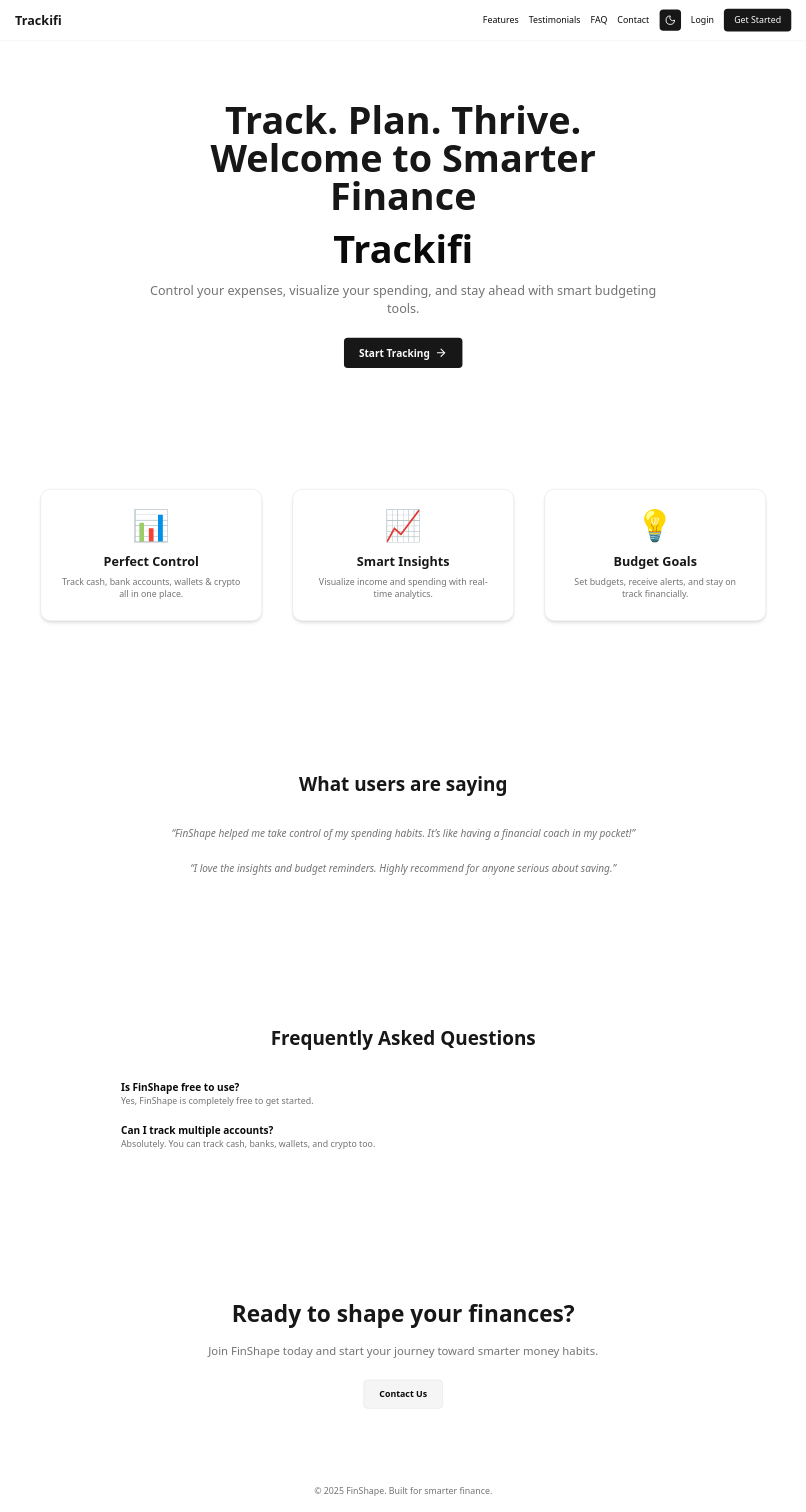
Repository: ruthvik-mt/Trackifi
Page: / (app in frontend/)
The author's editor kept a copy of each file at every save. The page is drawn from the files as they stood at one save, then again after a run of saves.
The browser window is 1280 px wide. The pictures show the whole page, at 63% of full size.
The project was rebuilt for these pictures with package versions that can differ from the ones it lists, and the page was loaded fresh each time. Also part of the build but not shown: frontend/vite.config.ts, frontend/src/hooks/useAuth.ts, frontend/src/components/FormInput.tsx, frontend/src/pages/Auth/Login.tsx, frontend/src/pages/Auth/Register.tsx, frontend/src/components/Sidebar.tsx, frontend/src/components/ThemeToggleButton.tsx, frontend/src/components/Navbar.tsx and 22 more.

Above is the page before, as saved 2025-07-15 23:09:51.

### frontend/index.html
<!-- index.html -->
<!DOCTYPE html>
<html lang="en">
  <head>
    <meta charset="UTF-8" />
    <link rel="icon" href="/favicon.svg" />
    <meta name="viewport" content="width=device-width, initial-scale=1.0" />

    <!-- Critical script: apply theme before paint -->
    <script>
      const theme = localStorage.getItem("theme");
      if (
        theme === "dark" ||
        (!theme && window.matchMedia("(prefers-color-scheme: dark)").matches)
      ) {
        document.documentElement.classList.add("dark");
      } else {
        document.documentElement.classList.remove("dark");
      }
    </script>

    <title>FinShape</title>
  </head>
  <body>
    <div id="root"></div>
    <script type="module" src="/src/main.tsx"></script>
  </body>
</html>

### frontend/src/main.tsx
import React from "react";
import ReactDOM from "react-dom/client";
import App from "./App";
import "./tailwind.css";
import { AuthProvider } from "./context/AuthProvider";
import { ThemeProvider } from "./context/ThemeProvider"; // ✅ Add ThemeProvider
import { BrowserRouter as Router } from "react-router-dom";

ReactDOM.createRoot(document.getElementById("root")!).render(
  <React.StrictMode>
    <Router>
      {/* ✅ Wrap app with theme context */}
      <ThemeProvider>
        <AuthProvider>
          <App />
        </AuthProvider>
      </ThemeProvider>
    </Router>
  </React.StrictMode>
);

### frontend/src/App.tsx
import { Routes, Route, Navigate } from "react-router-dom";
import Login from "./pages/Auth/Login";
import Register from "./pages/Auth/Register";
import Dashboard from "./pages/Dashboard/Dashboard";
import CategoryList from "./pages/Categories/CategoryList";
import TransactionList from "./pages/Transactions/TransactionList";
import BudgetList from "./pages/Budgets/BudgetList";
import MonthlyTotal from "./pages/Insights/MonthlyTotal";
import CategoryBreakdown from "./pages/Insights/CategoryBreakdown";
import BudgetComparison from "./pages/Insights/BudgetComparison";
import ProtectedRoute from "./components/ProtectedRoute";
import LandingPage from "./pages/LandingPage"; // ✅ Add this import

export default function App() {
  return (
    <Routes>
      {/* Landing Page */}
      <Route path="/" element={<LandingPage />} /> {/* ✅ New route */}

      {/* Auth Routes */}
      <Route path="/login" element={<Login />} />
      <Route path="/register" element={<Register />} />

      {/* Protected Routes */}
      <Route
        path="/dashboard"
        element={
          <ProtectedRoute>
            <Dashboard />
          </ProtectedRoute>
        }
      />
      <Route
        path="/categories"
        element={
          <ProtectedRoute>
            <CategoryList />
          </ProtectedRoute>
        }
      />
      <Route
        path="/transactions"
        element={
          <ProtectedRoute>
            <TransactionList />
          </ProtectedRoute>
        }
      />
      <Route
        path="/budgets"
        element={
          <ProtectedRoute>
            <BudgetList />
          </ProtectedRoute>
        }
      />
      <Route
        path="/insights/monthly-total"
        element={
          <ProtectedRoute>
            <MonthlyTotal />
          </ProtectedRoute>
        }
      />
      <Route
        path="/insights/category-breakdown"
        element={
          <ProtectedRoute>
            <CategoryBreakdown />
          </ProtectedRoute>
        }
      />
      <Route
        path="/insights/budget-comparison"
        element={
          <ProtectedRoute>
            <BudgetComparison />
          </ProtectedRoute>
        }
      />

      {/* Fallback Route */}
      <Route path="*" element={<Navigate to="/" />} /> {/* ✅ Updated from "/login" to "/" */}
    </Routes>
  );
}

### frontend/src/context/ThemeProvider.tsx
import { useEffect, useState, ReactNode } from "react";
import { ThemeContext, Theme } from "./ThemeContext";

export const ThemeProvider = ({ children }: { children: ReactNode }) => {
  const getInitialTheme = (): Theme => {
    if (typeof window === "undefined") return "light";
    const stored = localStorage.getItem("theme");
    if (stored === "light" || stored === "dark") return stored;
    return window.matchMedia("(prefers-color-scheme: dark)").matches ? "dark" : "light";
  };

  const [theme, setTheme] = useState<Theme>(getInitialTheme);

  useEffect(() => {
    const root = document.documentElement;
    if (theme === "dark") {
      root.classList.add("dark");
    } else {
      root.classList.remove("dark");
    }
    localStorage.setItem("theme", theme);
  }, [theme]);

  const toggleTheme = () => setTheme(prev => (prev === "dark" ? "light" : "dark"));

  return (
    <ThemeContext.Provider value={{ theme, toggleTheme }}>
      {children}
    </ThemeContext.Provider>
  );
};

### frontend/src/pages/LandingPage.tsx
import { Link } from "react-router-dom";
import { motion } from "framer-motion";
import { ArrowRight, Moon, Sun } from "lucide-react";
import { useTheme } from "../hooks/useTheme";
import { useState, useEffect } from "react";
import { Spinner } from "@/components/Spinner";

export default function LandingPage() {
  const { theme, toggleTheme } = useTheme();
  const [buttonLoading, setButtonLoading] = useState(true);

  useEffect(() => {
    const timer = setTimeout(() => setButtonLoading(false), 1000);
    return () => clearTimeout(timer);
  }, []);

  return (
    <div className="min-h-screen bg-background text-foreground">
      {/* ────────────── Header ────────────── */}
      <header className="sticky top-0 z-10 h-16 bg-card text-card-foreground shadow-sm flex items-center justify-between px-6">
        <a href="#hero" className="text-xl font-bold text-primary">Trackifi</a>

        <nav className="flex items-center gap-4">
          <a href="#features" className="text-sm font-medium hover:text-primary transition-colors">Features</a>
          <a href="#testimonials" className="text-sm font-medium hover:text-primary transition-colors">Testimonials</a>
          <a href="#faq" className="text-sm font-medium hover:text-primary transition-colors">FAQ</a>
          <a href="#cta" className="text-sm font-medium over:text-primary transition-colors">Contact</a>

          <button
            onClick={toggleTheme}
            className="px-2 py-2 rounded-md text-sm font-medium bg-primary text-primary-foreground hover:bg-primary/90 transition-colors flex items-center justify-center"
            aria-label={`Switch to ${theme === "dark" ? "light" : "dark"} mode`}
          >
            {theme === "dark" ? <Sun size={18} /> : <Moon size={18} />}
          </button>

          <Link
            to="/login"
            className="text-sm font-medium hover:text-primary transition-colors"
          >
            Login
          </Link>

          {buttonLoading ? (
            <Spinner size="default" />
          ) : (
            <Link to="/register">
              <button className="px-4 py-2 rounded-md text-sm font-medium bg-primary text-primary-foreground hover:bg-primary/90 transition-colors">
                Get Started
              </button>
            </Link>
          )}
        </nav>
      </header>

      {/* ────────────── Hero Section ────────────── */}
      <motion.section
        id="hero"
        className="text-center px-6 py-24 max-w-4xl mx-auto"
        initial={{ opacity: 0, y: 30 }}
        animate={{ opacity: 1, y: 0 }}
        transition={{ duration: 0.6 }}
      >
        <h1 className="text-5xl md:text-6xl font-extrabold leading-tight mb-6 text-primary">
  Track. Plan. Thrive. Welcome to Smarter Finance
</h1>

<h2 className="text-5xl md:text-6xl font-extrabold text-center leading-tight mb-6 xt-primary">
  Trackifi
</h2>

        <p className="text-lg md:text-xl text-muted-foreground mb-8">
          Control your expenses, visualize your spending, and stay ahead with smart budgeting tools.
        </p>

        {buttonLoading ? (
          <div className="flex justify-center">
            <Spinner size="lg" />
          </div>
        ) : (
          <Link to="/register">
            <button
              aria-label="Start tracking your expenses"
              className="px-6 py-3 rounded-md font-semibold bg-primary text-primary-foreground hover:bg-primary/90 inline-flex items-center gap-2 transition-colors"
            >
              Start Tracking <ArrowRight size={20} />
            </button>
          </Link>
        )}
      </motion.section>

      {/* ────────────── Features Section ────────────── */}
      <motion.section
        id="features"
        className="py-24 px-6 bg-background"
        initial={{ opacity: 0 }}
        whileInView={{ opacity: 1 }}
        viewport={{ once: true, amount: 0.2 }}
        transition={{ duration: 0.8 }}
      >
        <div className="max-w-6xl mx-auto grid gap-12 md:grid-cols-3 text-center">
          {[
            {
              icon: "📊",
              title: "Perfect Control",
              desc: "Track cash, bank accounts, wallets & crypto all in one place.",
            },
            {
              icon: "📈",
              title: "Smart Insights",
              desc: "Visualize income and spending with real-time analytics.",
            },
            {
              icon: "💡",
              title: "Budget Goals",
              desc: "Set budgets, receive alerts, and stay on track financially.",
            },
          ].map(({ icon, title, desc }, index) => (
            <motion.div
              key={title}
              className="bg-white dark:bg-zinc-900 text-zinc-800 dark:text-white border border-border p-8 rounded-2xl shadow-md hover:shadow-xl transition-transform"
              initial={{ opacity: 0, y: 40, scale: 0.95 }}
              whileInView={{ opacity: 1, y: 0, scale: 1 }}
              viewport={{ once: true, amount: 0.3 }}
              whileHover={{ scale: 1.06 }}
              transition={{
                duration: 0.6,
                delay: index * 0.2,
                type: "spring",
                stiffness: 120,
              }}
            >
              <div className="text-5xl mb-5">{icon}</div>
              <h3 className="text-xl font-bold mb-2 text-primary">{title}</h3>
              <p className="text-sm text-muted-foreground">{desc}</p>
            </motion.div>
          ))}
        </div>
      </motion.section>

      {/* ────────────── Testimonials Section ────────────── */}
    <motion.section
  id="testimonials"
  className="py-24 px-6 bg-background text-center"
  initial={{ opacity: 0 }}
  whileInView={{ opacity: 1 }}
  viewport={{ once: true, amount: 0.2 }}
  transition={{ duration: 0.8 }}
>
  <div className="h-12 bg-gradient-to-b from-transparent to-background" />
  <h2 className="text-3xl font-bold mb-12 text-primary">What users are saying</h2>
  <div className="max-w-4xl mx-auto space-y-8">
    {[
      "FinShape helped me take control of my spending habits. It’s like having a financial coach in my pocket!",
      "I love the insights and budget reminders. Highly recommend for anyone serious about saving.",
    ].map((text, index) => (
      <motion.blockquote
        key={index}
        className="italic text-muted-foreground"
        initial={{ opacity: 0, y: 20 }}
        whileInView={{ opacity: 1, y: 0 }}
        transition={{ duration: 0.5, delay: index * 0.2 }}
        viewport={{ once: true, amount: 0.5 }}
      >
        {`“${text}”`}
      </motion.blockquote>
    ))}
  </div>
</motion.section>



      {/* ────────────── FAQ Section ────────────── */}
     <motion.section
  id="faq"
  className="py-24 px-6 bg-background"
  initial={{ opacity: 0 }}
  whileInView={{ opacity: 1 }}
  viewport={{ once: true, amount: 0.2 }}
  transition={{ duration: 0.8 }}
>
  <div className="h-12 bg-gradient-to-b from-transparent to-background" />
  <h2 className="text-3xl font-bold mb-12 text-center text-primary">Frequently Asked Questions</h2>
  <div className="max-w-4xl mx-auto space-y-6">
    {[
      {
        question: "Is FinShape free to use?",
        answer: "Yes, FinShape is completely free to get started.",
      },
      {
        question: "Can I track multiple accounts?",
        answer: "Absolutely. You can track cash, banks, wallets, and crypto too.",
      },
    ].map(({ question, answer }, index) => (
      <motion.div
        key={index}
        initial={{ opacity: 0, y: 20 }}
        whileInView={{ opacity: 1, y: 0 }}
        transition={{ duration: 0.5, delay: index * 0.2 }}
        viewport={{ once: true, amount: 0.5 }}
      >
        <h4 className="font-semibold">{question}</h4>
        <p className="text-sm text-muted-foreground">{answer}</p>
      </motion.div>
    ))}
  </div>
</motion.section>



      {/* ────────────── Call to Action ────────────── */}
      <motion.section
  id="cta"
  className="py-24 px-6 bg-background text-center"
  initial={{ opacity: 0 }}
  whileInView={{ opacity: 1 }}
  viewport={{ once: true, amount: 0.2 }}
  transition={{ duration: 0.8 }}
>
  <div className="h-12 bg-gradient-to-b from-transparent to-background" />
  <motion.div
    className="max-w-2xl mx-auto"
    initial={{ opacity: 0, y: 30 }}
    whileInView={{ opacity: 1, y: 0 }}
    transition={{ duration: 0.6 }}
    viewport={{ once: true }}
  >
    <h2 className="text-4xl font-bold mb-6 text-primary">Ready to shape your finances?</h2>
    <p className="mb-8 text-lg text-muted-foreground">
      Join FinShape today and start your journey toward smarter money habits.
    </p>
    <div className="flex flex-col sm:flex-row gap-4 justify-center">
      <Link to="/contact">
        <button className="px-6 py-3 text-sm font-semibold bg-muted text-foreground border border-border rounded-md hover:bg-muted/80 transition-colors">
          Contact Us
        </button>
      </Link>
    </div>
  </motion.div>
</motion.section>



      {/* ────────────── Footer ────────────── */}
      <footer className="text-center py-6 text-sm text-muted-foreground bg-background">
        © {new Date().getFullYear()} FinShape. Built for smarter finance.
      </footer>
    </div>
  );
}

### frontend/src/context/AuthContext.tsx
// import { createContext } from "react";
// import { User } from "@/types/Auth";

// export interface AuthContextType {
//   token: string | null;
//   user: User | null;
//   login: (token: string) => void;
//   logout: () => void;
// }

// export const AuthContext = createContext<AuthContextType>({
//   token: null,
//   user: null,
//   login: () => {},
//   logout: () => {},
// });

// src/context/AuthContext.ts
import { createContext } from "react";

export interface AuthContextType {
  token: string | null;
  login: (email: string, password: string) => Promise<void>;
  logout: () => void;
}

export const AuthContext = createContext<AuthContextType>(
  {} as AuthContextType // ✅ Safe for use without null-checks
);

### frontend/src/axios.ts
// // src/axios.ts
// import axios from "axios";

// const axiosInstance = axios.create({
//   baseURL: "http://localhost:8080/api",
// });

// axiosInstance.interceptors.request.use((config) => {
//   const token = localStorage.getItem("token");
//   if (token && config.headers) {
//     config.headers.Authorization = `Bearer ${token}`;
//   }
//   return config;
// });

// export default axiosInstance;

// src/axios.ts
// src/axios.ts
import axios from "axios";

const instance = axios.create({
  baseURL: "", // <-- frontend sends /api/... and Vite handles the proxy
  headers: {
    "Content-Type": "application/json",
  },
});

instance.interceptors.request.use((config) => {
  const token = localStorage.getItem("token");
  if (token) {
    config.headers = config.headers || {};
    config.headers["Authorization"] = `Bearer ${token}`;
  }
  return config;
});

export default instance;

### frontend/src/context/ThemeContext.tsx
import { createContext } from "react";

export type Theme = "light" | "dark";

export interface ThemeContextType {
  theme: Theme;
  toggleTheme: () => void;
}

export const ThemeContext = createContext<ThemeContextType | undefined>(undefined);

### frontend/src/hooks/useTheme.ts
// src/hooks/useTheme.ts
import { useContext } from "react";
import { ThemeContext } from "../context/ThemeContext";

export function useTheme() {
  const context = useContext(ThemeContext);
  if (!context) {
    throw new Error("useTheme must be used within a ThemeProvider");
  }
  return context;
}

### frontend/src/components/Spinner.tsx
// src/components/Spinner.tsx
import { cn } from "@/lib/utils";
import { cva, VariantProps } from "class-variance-authority";
import { Loader } from "lucide-react";

const spinnerVariants = cva("text-muted-foreground animate-spin", {
  variants: {
    size: {
      default: "h-4 w-4",
      sm: "h-2 w-2",
      lg: "h-6 w-6",
      icon: "h-10 w-10",
    },
  },
  defaultVariants: {
    size: "default",
  },
});

interface SpinnerProps extends VariantProps<typeof spinnerVariants> {
  className?: string;
}

export const Spinner = ({ size }: SpinnerProps) => {
  return <Loader className={cn(spinnerVariants({ size }))} />;
};

Loaded but not shown: frontend/src/lib/utils.ts (common file); frontend/tailwind.config.js (86 lines, source omitted); frontend/src/context/AuthProvider.tsx (91 lines, source omitted); frontend/src/tailwind.css (118 lines, source omitted)

After the next 3 saves:
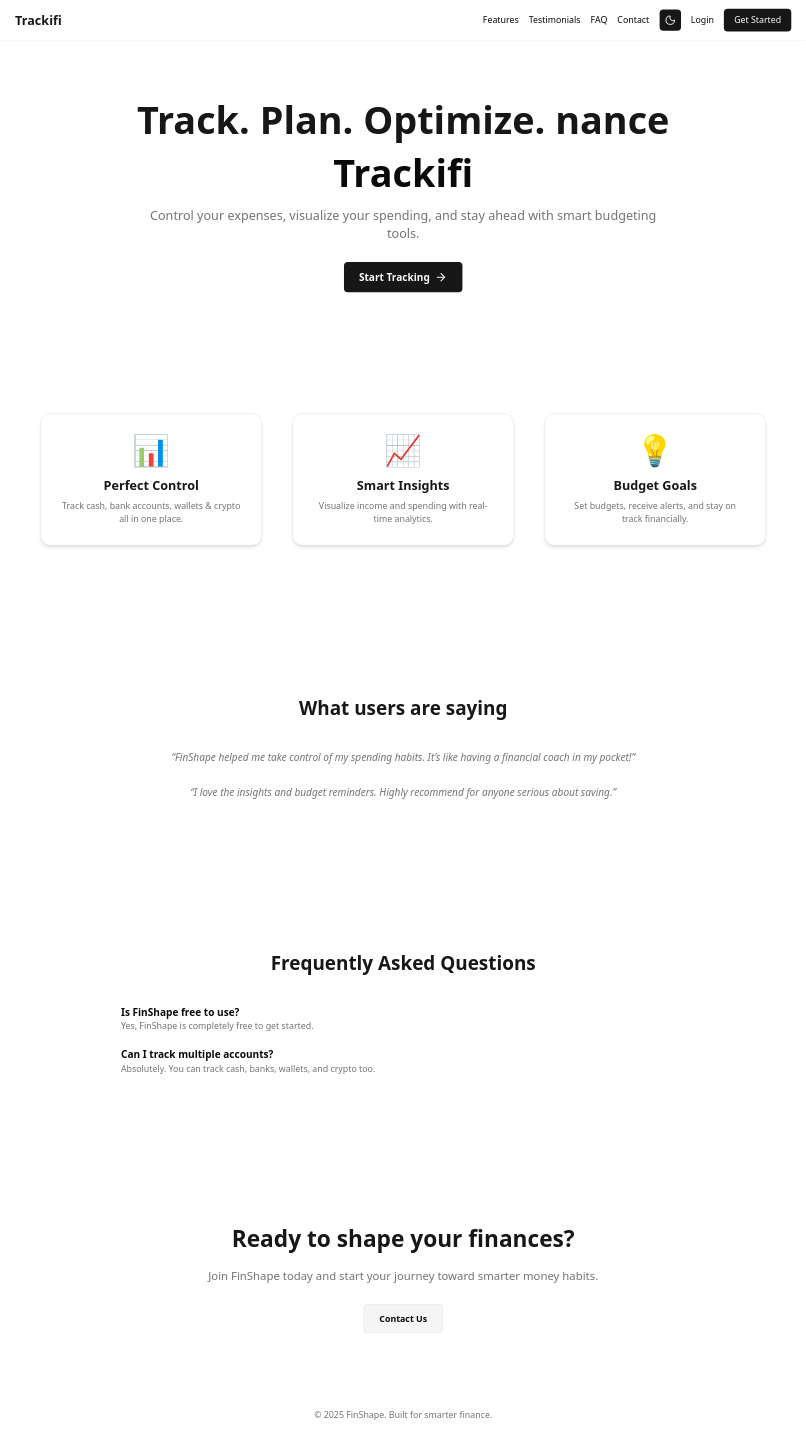
The 3 saves are shown as one change because they came seconds apart.
The last was saved 2 min 10 s later.
--- a/frontend/src/pages/LandingPage.tsx
+++ b/frontend/src/pages/LandingPage.tsx
@@ -62,7 +62,7 @@
         transition={{ duration: 0.6 }}
       >
         <h1 className="text-5xl md:text-6xl font-extrabold leading-tight mb-6 text-primary">
-  Track. Plan. Thrive. Welcome to Smarter Finance
+  Track. Plan. Optimize. nance
 </h1>
 
 <h2 className="text-5xl md:text-6xl font-extrabold text-center leading-tight mb-6 xt-primary">

After the save that followed:
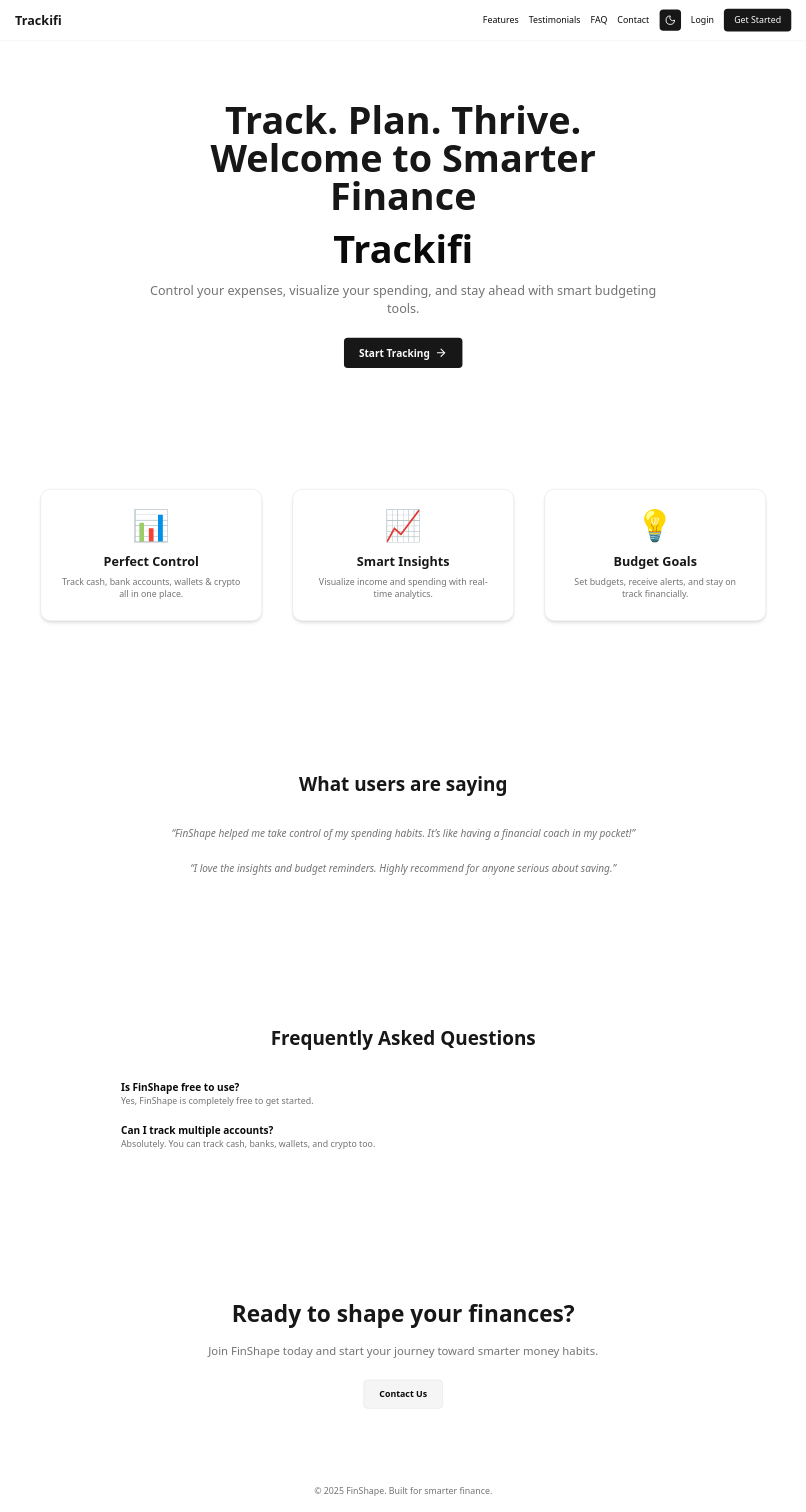
Saved 5 s later.
--- a/frontend/src/pages/LandingPage.tsx
+++ b/frontend/src/pages/LandingPage.tsx
@@ -62,7 +62,7 @@
         transition={{ duration: 0.6 }}
       >
         <h1 className="text-5xl md:text-6xl font-extrabold leading-tight mb-6 text-primary">
-  Track. Plan. Optimize. nance
+  Track. Plan. Thrive. Welcome to Smarter Finance
 </h1>
 
 <h2 className="text-5xl md:text-6xl font-extrabold text-center leading-tight mb-6 xt-primary">
